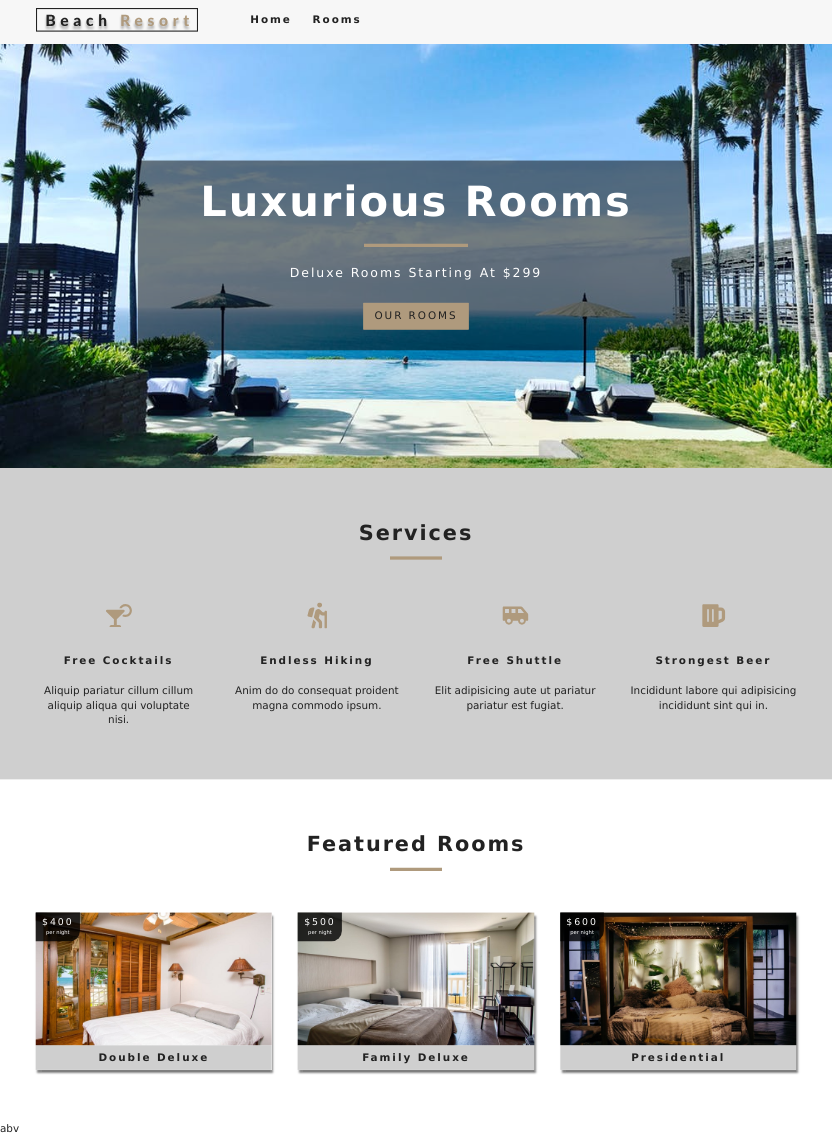
Repository: thanhn379/react-beach-resort
Page: /
The author's editor kept a copy of each file at every save. The page is drawn from the files as they stood at one save, then again after the next save.
The browser window is 1280 px wide. The pictures show the whole page, at 65% of full size.
The project was rebuilt for these pictures with package versions that can differ from the ones it lists, and the page was loaded fresh each time. Also part of the build but not shown: src/pages/Rooms.js, src/pages/SingleRoom.js, src/pages/Error.js.

Above is the page before, as saved 2019-11-16 03:28:07.

### public/index.html
<!DOCTYPE html>
<html lang="en">
  <head>
    <meta charset="utf-8" />
    <link rel="icon" href="%PUBLIC_URL%/favicon.ico" />
    <meta name="viewport" content="width=device-width, initial-scale=1" />
    <meta name="theme-color" content="#000000" />
    <meta
      name="description"
      content="Web site created using create-react-app"
    />
    <link rel="apple-touch-icon" href="logo192.png" />
    <!--
      manifest.json provides metadata used when your web app is installed on a
      user's mobile device or desktop. See https://developers.google.com/web/fundamentals/web-app-manifest/
    -->
    <link rel="manifest" href="%PUBLIC_URL%/manifest.json" />
    <!--
      Notice the use of %PUBLIC_URL% in the tags above.
      It will be replaced with the URL of the `public` folder during the build.
      Only files inside the `public` folder can be referenced from the HTML.

      Unlike "/favicon.ico" or "favicon.ico", "%PUBLIC_URL%/favicon.ico" will
      work correctly both with client-side routing and a non-root public URL.
      Learn how to configure a non-root public URL by running `npm run build`.
    -->
    <title>Resort recording</title>
  </head>
  <body>
    <noscript>You need to enable JavaScript to run this app.</noscript>
    <div id="root"></div>
    <!--
      This HTML file is a template.
      If you open it directly in the browser, you will see an empty page.

      You can add webfonts, meta tags, or analytics to this file.
      The build step will place the bundled scripts into the <body> tag.

      To begin the development, run `npm start` or `yarn start`.
      To create a production bundle, use `npm run build` or `yarn build`.
    -->
  </body>
</html>

### src/index.js
import React from "react";
import ReactDOM from "react-dom";
import { BrowserRouter as Router } from "react-router-dom";
// import './index.css';
import App from "./App";
import * as serviceWorker from "./serviceWorker";
import { RoomProvider } from "./context";

ReactDOM.render(
  <RoomProvider>
    <Router>
      <App />
    </Router>
  </RoomProvider>,
  document.getElementById("root")
);

// If you want your app to work offline and load faster, you can change
// unregister() to register() below. Note this comes with some pitfalls.
// Learn more about service workers: https://bit.ly/CRA-PWA
serviceWorker.unregister();

### src/App.js
import React from "react";
import "./App.css";

import NavBar from "./components/NavBar";

import Home from "./pages/Home";
import Rooms from "./pages/Rooms";
import SingleRoom from "./pages/SingleRoom";
import Error from "./pages/Error";

import { Route, Switch } from "react-router-dom";

function App() {
  return (
    <>
      <NavBar />
      <Switch>
        <Route exact path="/" component={Home} />
        <Route exact path="/rooms/" component={Rooms} />
        <Route exact path="/rooms/:slug/" component={SingleRoom} />
        <Route component={Error} />
      </Switch>
    </>
  );
}

export default App;

### src/context.js
import React, { Component } from "react";
import items from "./data";

const RoomContext = React.createContext();

class RoomProvider extends Component {
  state = { rooms: [], sortedRooms: [], featuredRooms: [], loading: true };

  //getData

  componentDidMount() {
    // this.getData
    let rooms = this.formatData(items);
    let featuredRooms = rooms.filter(room => room.featured === true);

    this.setState({ rooms, featuredRooms, sortedRooms: rooms, loading: false });
  }

  formatData(items) {
    let tempItems = items.map(item => {
      let id = item.sys.id;
      let images = item.fields.images.map(image => image.fields.file.url);

      let room = { ...item.fields, images, id };

      return room;
    });

    return tempItems;
  }

  getRoom = slug => {
    let tempRooms = [...this.state.rooms];
    const room = tempRooms.find(room => room.slug === slug);
    return room;
  };

  render() {
    return (
      <RoomContext.Provider value={{ ...this.state, getRoom: this.getRoom }}>
        {this.props.children}
      </RoomContext.Provider>
    );
  }
}

const RoomConsumer = RoomContext.Consumer;

export { RoomProvider, RoomConsumer, RoomContext };

### src/components/NavBar.js
import React, { Component } from "react";
import Logo from "../images/logo.svg";
import { FaAlignRight } from "react-icons/fa";
import { Link } from "react-router-dom";

export default class NavBar extends Component {
  state = {
    isOpen: false
  };
  handleToggle = () => {
    this.setState({ isOpen: !this.state.isOpen });
  };
  render() {
    return (
      <nav className="navbar">
        <div className="nav-center">
          <div className="nav-header">
            <Link to="/">
              <img src={Logo} alt="Beach Resort" />
            </Link>
            <button
              type="button"
              className="nav-btn"
              onClick={this.handleToggle}
            >
              <FaAlignRight className="nav-icon" />
            </button>
          </div>
          <ul
            className={this.state.isOpen ? "nav-links show-nav" : "nav-links"}
          >
            <li>
              <Link to="/">Home</Link>
            </li>
            <li>
              <Link to="/rooms">Rooms</Link>
            </li>
          </ul>
        </div>
      </nav>
    );
  }
}

### src/pages/Home.js
import React from "react";
import Hero from "../components/Hero";
import Banner from "../components/Banner";
import { Link } from "react-router-dom";
import Services from "../components/Services";
import FeaturedRooms from "../components/FeaturedRooms";

import d from "../components/StyledHero";

export default function Home() {
  return (
    <>
      <Hero>
        <Banner
          title="luxurious rooms"
          subtitle="deluxe rooms starting at $299"
        >
          <Link to="/rooms" className="btn-primary">
            our rooms
          </Link>
        </Banner>
      </Hero>
      <Services />
      <FeaturedRooms />

      <d>abv</d>
    </>
  );
}

### src/components/Services.js
import React, { Component } from "react";
import { FaCocktail, FaHiking, FaShuttleVan, FaBeer } from "react-icons/fa";
import Title from "./Title";

export default class Services extends Component {
  state = {
    services: [
      {
        icon: <FaCocktail />,
        title: "free cocktails",
        info:
          "Aliquip pariatur cillum cillum aliquip aliqua qui voluptate nisi."
      },
      {
        icon: <FaHiking />,
        title: "Endless Hiking",
        info: "Anim do do consequat proident magna commodo ipsum."
      },
      {
        icon: <FaShuttleVan />,
        title: "Free Shuttle",
        info: "Elit adipisicing aute ut pariatur pariatur est fugiat."
      },
      {
        icon: <FaBeer />,
        title: "Strongest Beer",
        info: "Incididunt labore qui adipisicing incididunt sint qui in."
      }
    ]
  };

  render() {
    return (
      <section className="services">
        <Title title="services" />

        <div className="services-center">
          {this.state.services.map((item, index) => {
            return (
              <article key={index} className="service">
                <span>{item.icon}</span>
                <h6>{item.title}</h6>
                <p>{item.info}</p>
              </article>
            );
          })}
        </div>
      </section>
    );
  }
}

### src/components/FeaturedRooms.js
import React, { Component } from "react";
import { RoomContext } from "../context";
import Loading from "./Loading";
import Room from "./Room";
import Title from "./Title";

export default class FeaturedRooms extends Component {
  static contextType = RoomContext;

  render() {
    let { loading, featuredRooms: rooms } = this.context;
    rooms = rooms.map(room => {
      return <Room key={room.id} room={room} />;
    });
    return (
      <section className="featured-rooms">
        <Title title="featured rooms" />
        <div className="featured-rooms-center">
          {loading ? <Loading /> : rooms}
        </div>
      </section>
    );
  }
}

### src/components/StyledHero.js
import styled from "styled-components";
import defaultImg from "../images/room-1.jpeg";

const StyledHero = styled.header`
  min-height: 60vh;
  background: url(${defaultImg}) center/cover no-repeat;
  display: flex;
  align-items: center;
  justify-content: center;
`;

export default StyledHero;

### src/components/Loading.js
import React from "react";
import loadingGif from "../images/gif/loading-arrow.gif";

export default function Loading() {
  return (
    <div className="loading">
      <h4>rooms data loading ...</h4>
      <img src={loadingGif} alt="" />
    </div>
  );
}

### src/components/Room.js
import React from "react";
import { Link } from "react-router-dom";
import defaultImg from "../images/room-1.jpeg";
import PropTypes from "prop-types";

export default function Room({ room }) {
  let { name, slug, images, price } = room;

  return (
    <article className="room">
      <div className="img-container">
        <img src={images[0] || defaultImg} alt="single room" />
        <div className="price-top">
          <h6>${price}</h6>
          <p>per night</p>
        </div>
        <Link to={`/rooms/${slug}`} className="btn-primary room-link">
          Features
        </Link>
      </div>
      <p className="room-info">{name}</p>
    </article>
  );
}

Room.propTypes = {
  room: PropTypes.shape({
    name: PropTypes.string.isRequired,
    slug: PropTypes.string.isRequired,
    images: PropTypes.arrayOf(PropTypes.string).isRequired,
    price: PropTypes.number.isRequired
  })
};

Loaded but not shown: src/serviceWorker.js (common file); src/App.css (common file); src/components/Hero.js (common file); src/components/Banner.js (common file); src/components/Title.js (common file); src/data.js (760 lines, source omitted)

After the next save:
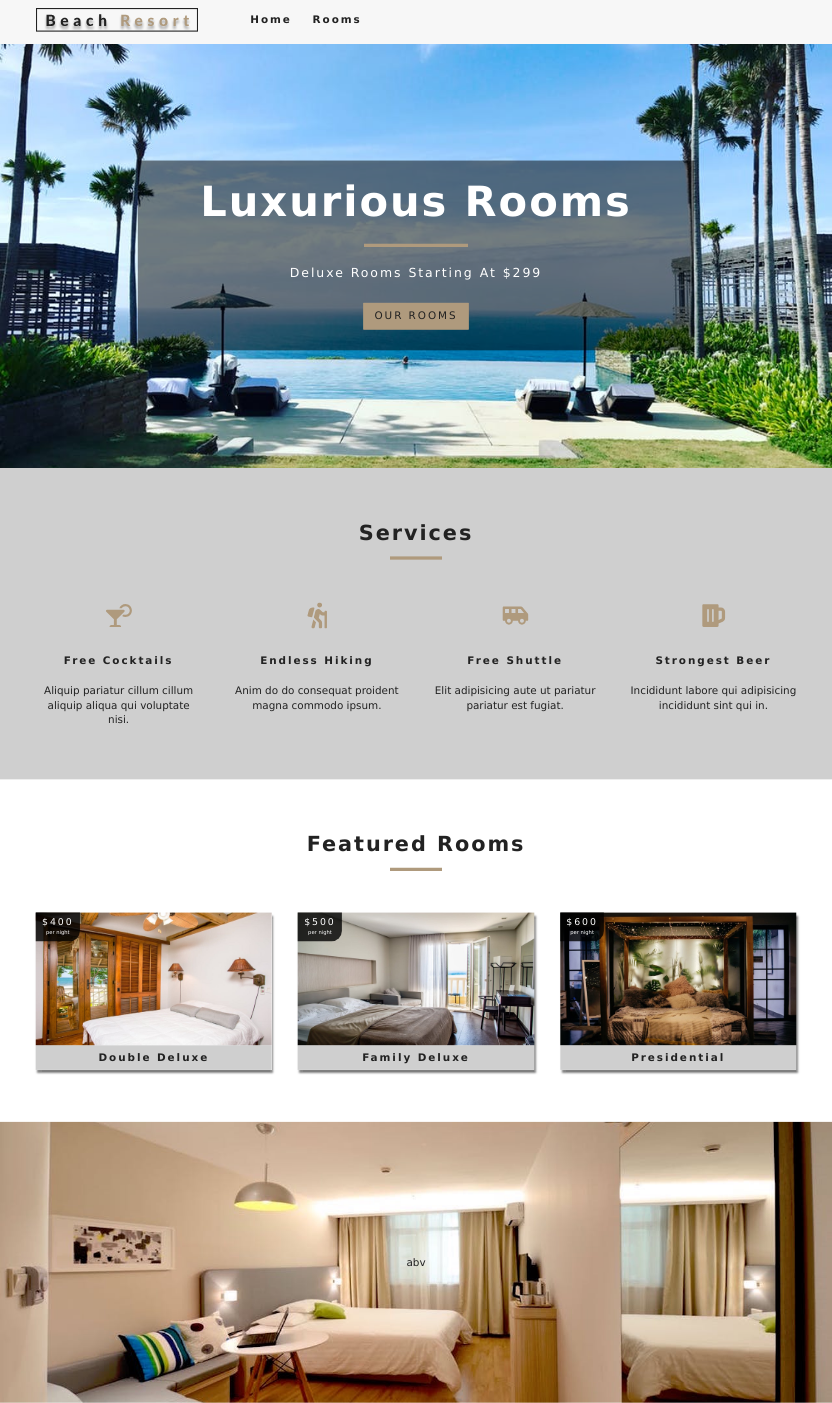
Saved 2 min 41 s later.
--- a/src/pages/Home.js
+++ b/src/pages/Home.js
@@ -5,7 +5,7 @@ import { Link } from "react-router-dom";
 import Services from "../components/Services";
 import FeaturedRooms from "../components/FeaturedRooms";
 
-import d from "../components/StyledHero";
+import Demo from "../components/StyledHero";
 
 export default function Home() {
   return (
@@ -23,7 +23,7 @@ export default function Home() {
       <Services />
       <FeaturedRooms />
 
-      <d>abv</d>
+      <Demo>abv</Demo>
     </>
   );
 }
